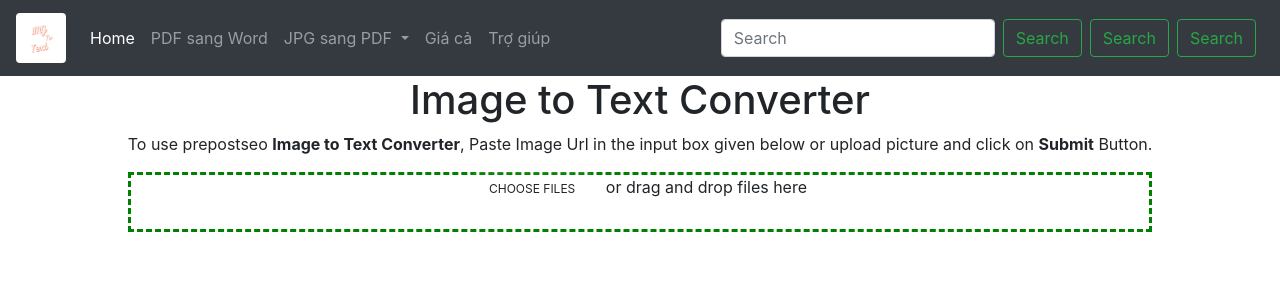
Repository: Tung1227/PBL6-2022
Page: index.html
The author's editor kept a copy of each file at every save. The page is drawn from the files as they stood at one save, then again after the next save.
The browser window is 1280 px wide. The pictures show the whole page.

Above is the page before, as saved 2022-09-16 20:55:37.

After the next save:
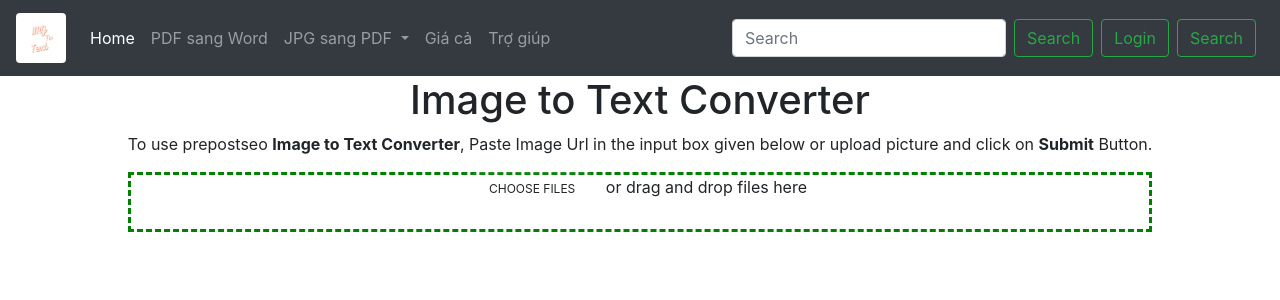
Saved 6 s later.
--- a/index.html
+++ b/index.html
@@ -53,7 +53,7 @@
             <form class="form-inline my-2 my-lg-0 ">
                 <input class="form-control mr-sm-2" type="search" placeholder="Search" aria-label="Search">
                 <button class="btn btn-outline-success my-2 my-sm-0 mr-sm-2" type="submit">Search</button>
-                <button class="btn btn-outline-success my-2 my-sm-0 mr-sm-2" type="submit">Search</button>
+                <button class="btn btn-outline-success my-2 my-sm-0 mr-sm-2" type="submit">Login</button>
                 <button class="btn btn-outline-success my-2 my-sm-0 mr-sm-2" type="submit">Search</button>
             </form>
         </div>
